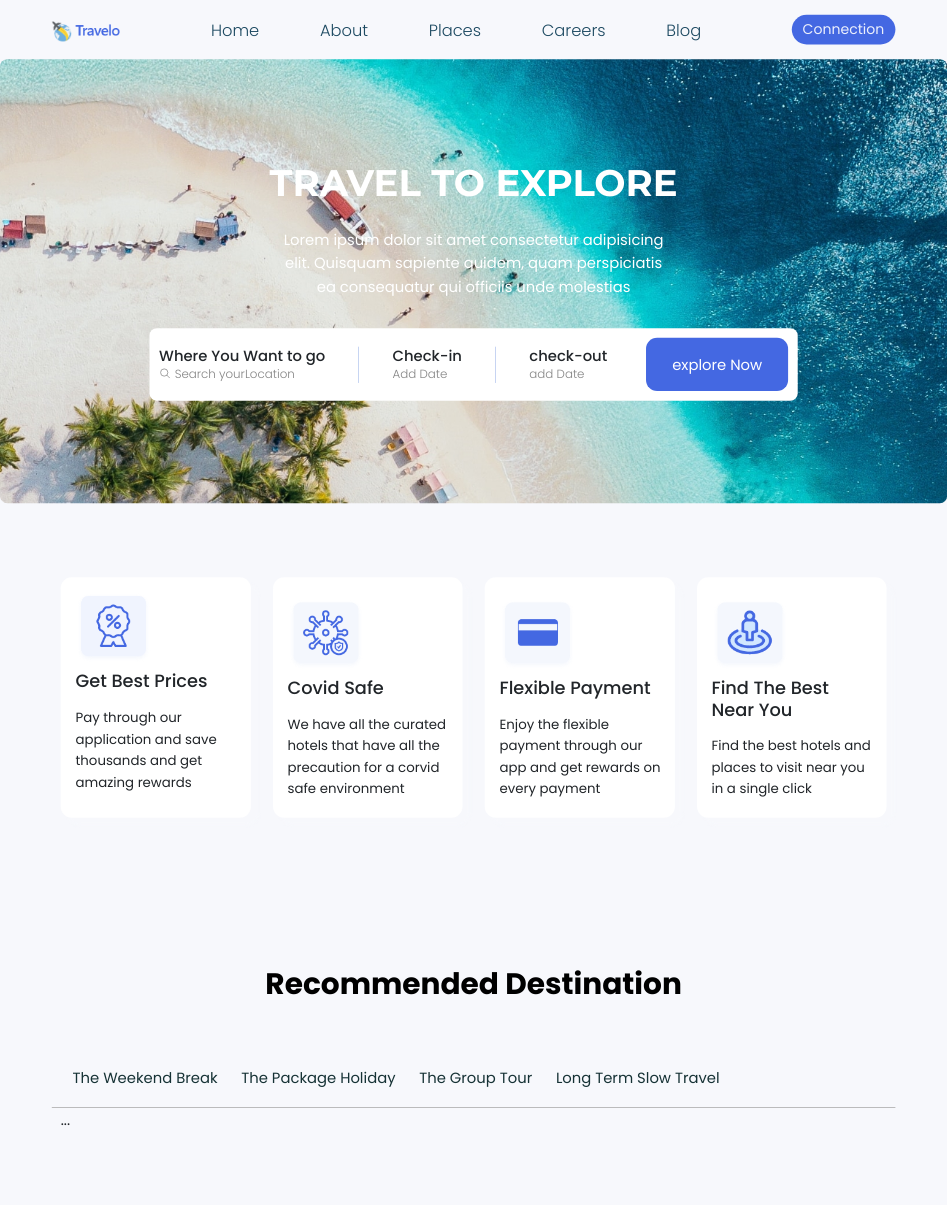
Repository: kuluong2000/travel
Page: index.html
An editor plug-in stored every save of this project. The page is shown before and after the next save, followed by the edit.
The browser window is 1280 px wide. The pictures show the whole page, at 74% of full size.
The style sheet was rebuilt from its Sass, Less or Tailwind sources for each picture, by a compiler version that may differ from the author's.

Above is the page before, as saved 2021-09-09 20:22:18.

After the next save:
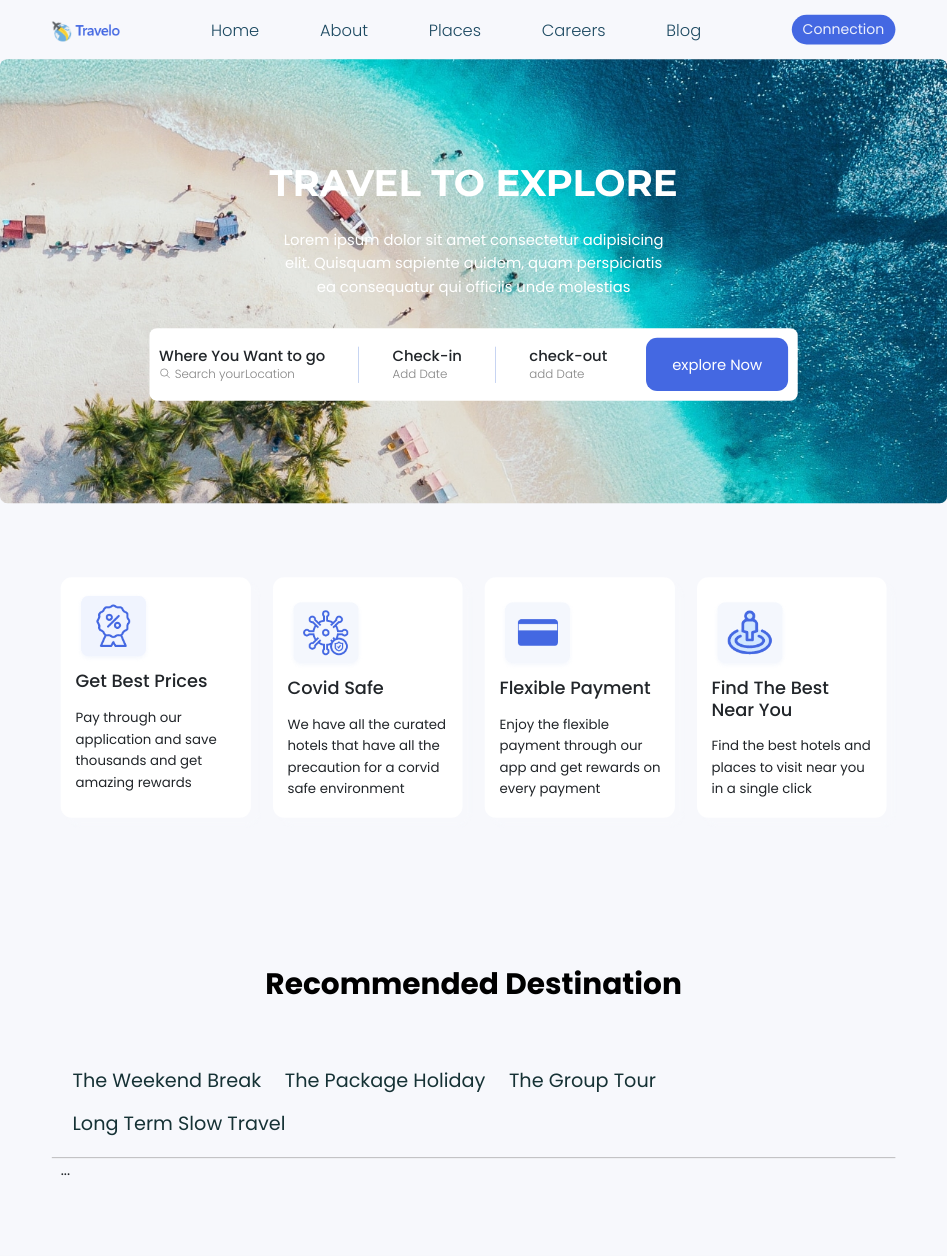
Saved 33 s later.
--- a/assets/sass/_destination.scss
+++ b/assets/sass/_destination.scss
@@ -17,6 +17,7 @@
         }
         &__link{
             color: $color-text;
+            font-size: 26px;
         }
         &__link.active{
             background-color: transparent !important;
